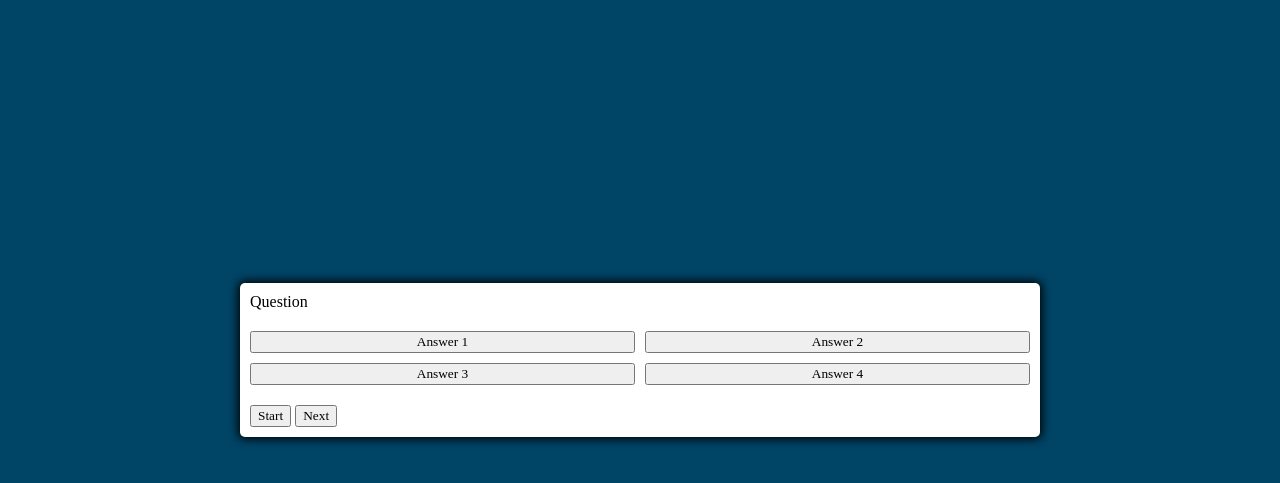
Repository: DaNiels89/quiz-js
Page: index.html
The author's editor kept a copy of each file at every save. The page is drawn from the files as they stood at one save, then again after the next save.
The browser window is 1280 px wide. The pictures show the whole page.

Above is the page before, as saved 2020-06-22 09:48:25.

After the next save:
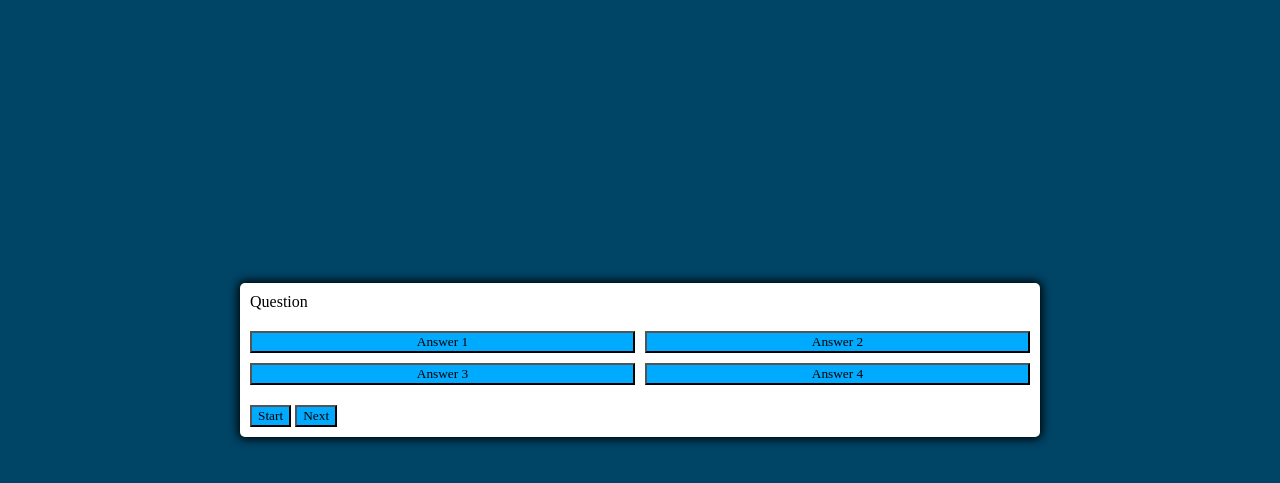
Saved 36 s later.
--- a/css/styles.css
+++ b/css/styles.css
@@ -44,3 +44,8 @@ body.wrong {
     gap: 10px;
     margin: 20px 0;
 }
+
+.btn {
+    --hue: var(--hue-neutral);
+    background-color: hsl(var(--hue), 100%, 50%)
+}
